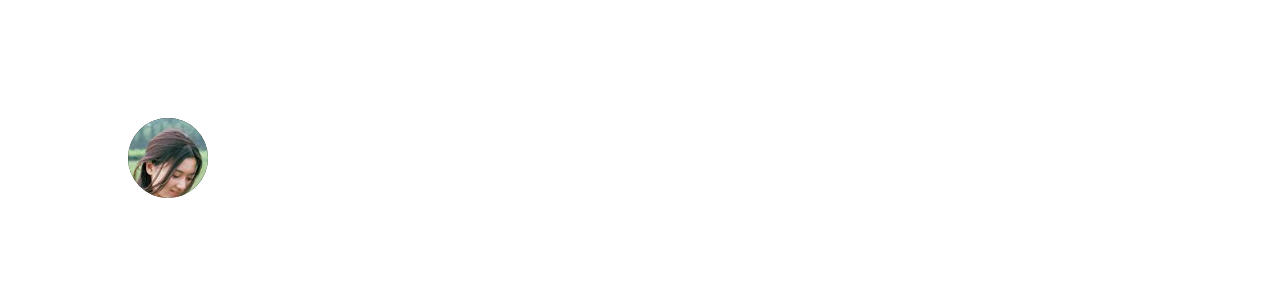
Repository: BlueLionycb/study-demo
Page: canvas-demo/src/index16.html
The author's editor kept a copy of each file at every save. The page is drawn from the files as they stood at one save, then again after the next save.
The browser window is 1280 px wide. The pictures show the whole page.

Above is the page before, as saved 2020-01-26 23:29:10.

### canvas-demo/src/index16.html
<!DOCTYPE html>
<html lang="en">
    <head>
        <meta charset="UTF-8">
        <meta name="viewport" content="width=device-width, initial-scale=1.0">
        <meta http-equiv="X-UA-Compatible" content="ie=edge">
        <title>头像切圆</title>
    </head>
    <body>
        <canvas id="myCanvas" height="600" width="600">

        </canvas>

        <script>
        function draw(){
            let canvas=document.getElementById("myCanvas") //画布
            let ctx=canvas.getContext("2d"); //上下文，画笔

            let img= new Image()
            img.src = './img/touxiang.png'

            img.onload = function(){
                ctx.beginPath();
                ctx.arc(160,150,40,0,Math.PI*2)
                ctx.fill()
                ctx.clip()
                ctx.drawImage(this,70,100)
            }
        }

        draw();

    </script>
    </body>
</html>

After the next save:
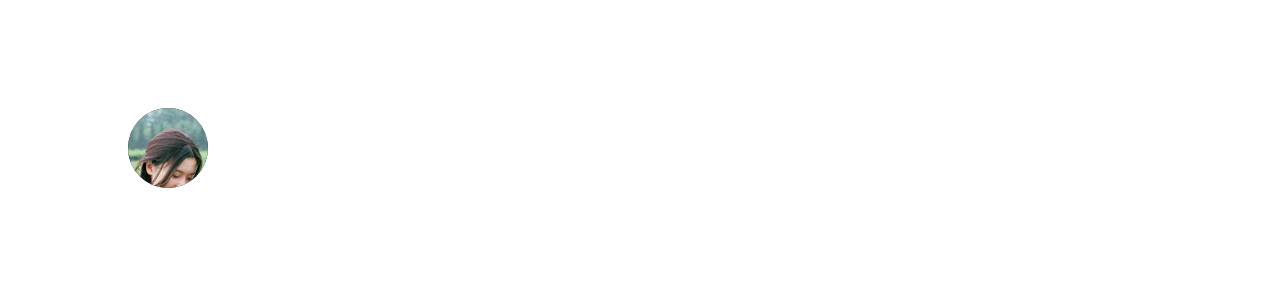
Saved 4 s later.
--- a/canvas-demo/src/index16.html
+++ b/canvas-demo/src/index16.html
@@ -21,7 +21,7 @@
 
             img.onload = function(){
                 ctx.beginPath();
-                ctx.arc(160,150,40,0,Math.PI*2)
+                ctx.arc(160,140,40,0,Math.PI*2)
                 ctx.fill()
                 ctx.clip()
                 ctx.drawImage(this,70,100)
